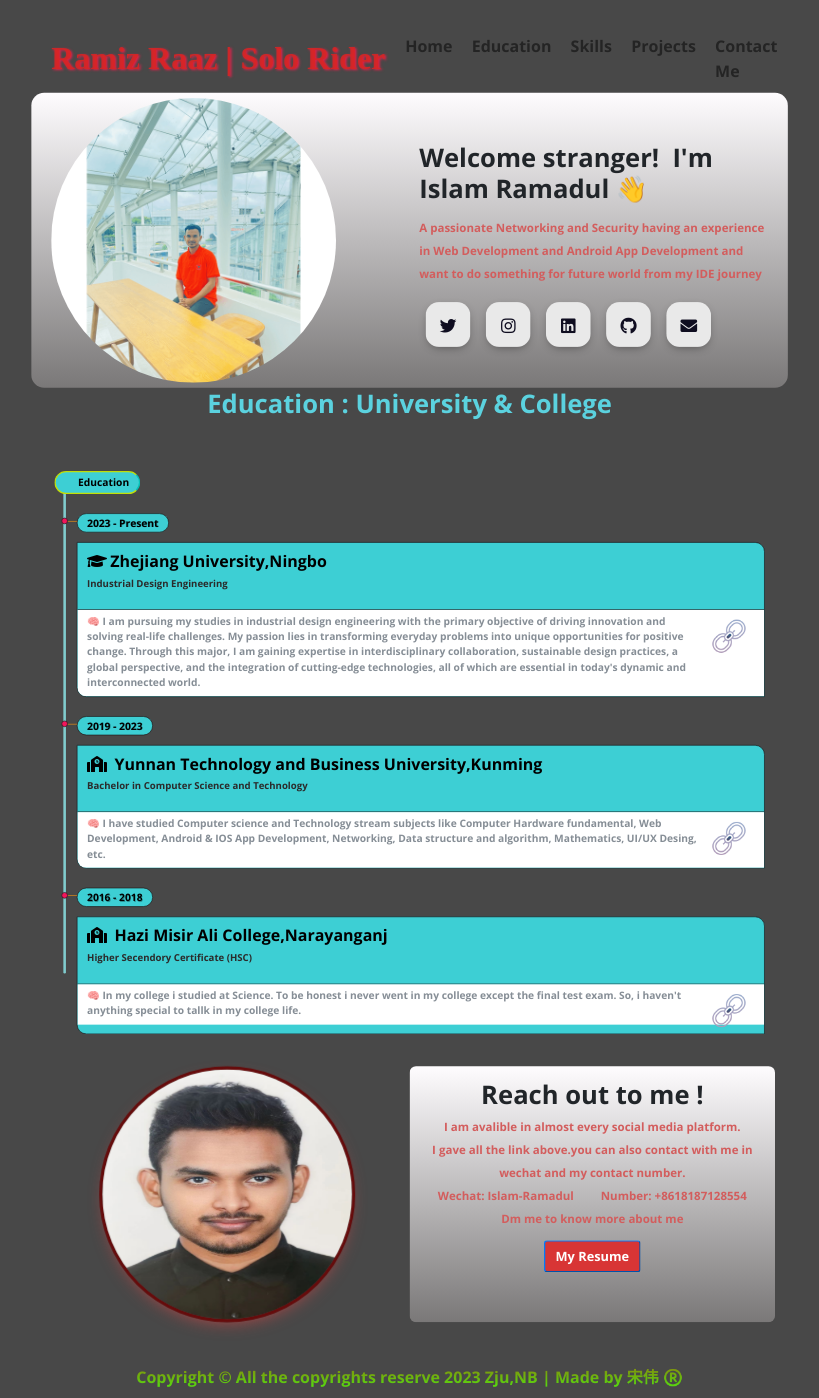
Repository: ramizraaz/ZjuProtfolio
Page: index.html
An editor plug-in stored every save of this project. The page is shown before and after the next save, followed by the edit.
The browser window is 1280 px wide. The pictures show the whole page, at 64% of full size.
Some web fonts or font styles are not loaded; a fallback is used. Some web libraries are served in a nearby version.

Above is the page before, as saved 2023-10-08 20:52:24.

After the next save:
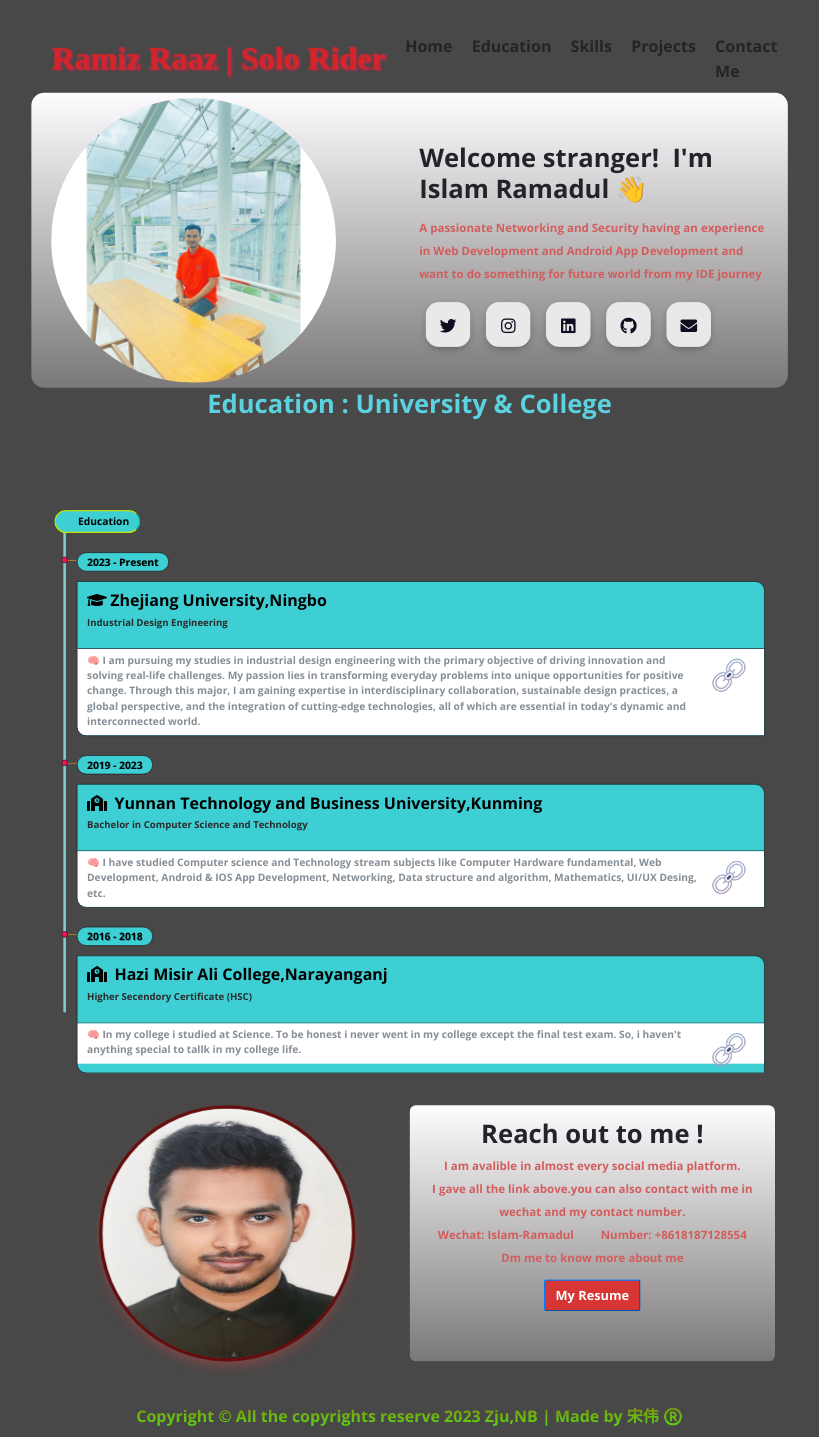
Saved 11 s later.
--- a/style.css
+++ b/style.css
@@ -219,7 +219,7 @@ p {
 }
 
 .timeline {
-    margin-top: 50px;
+    margin-top: 10%;
     position: relative;
 }
 
